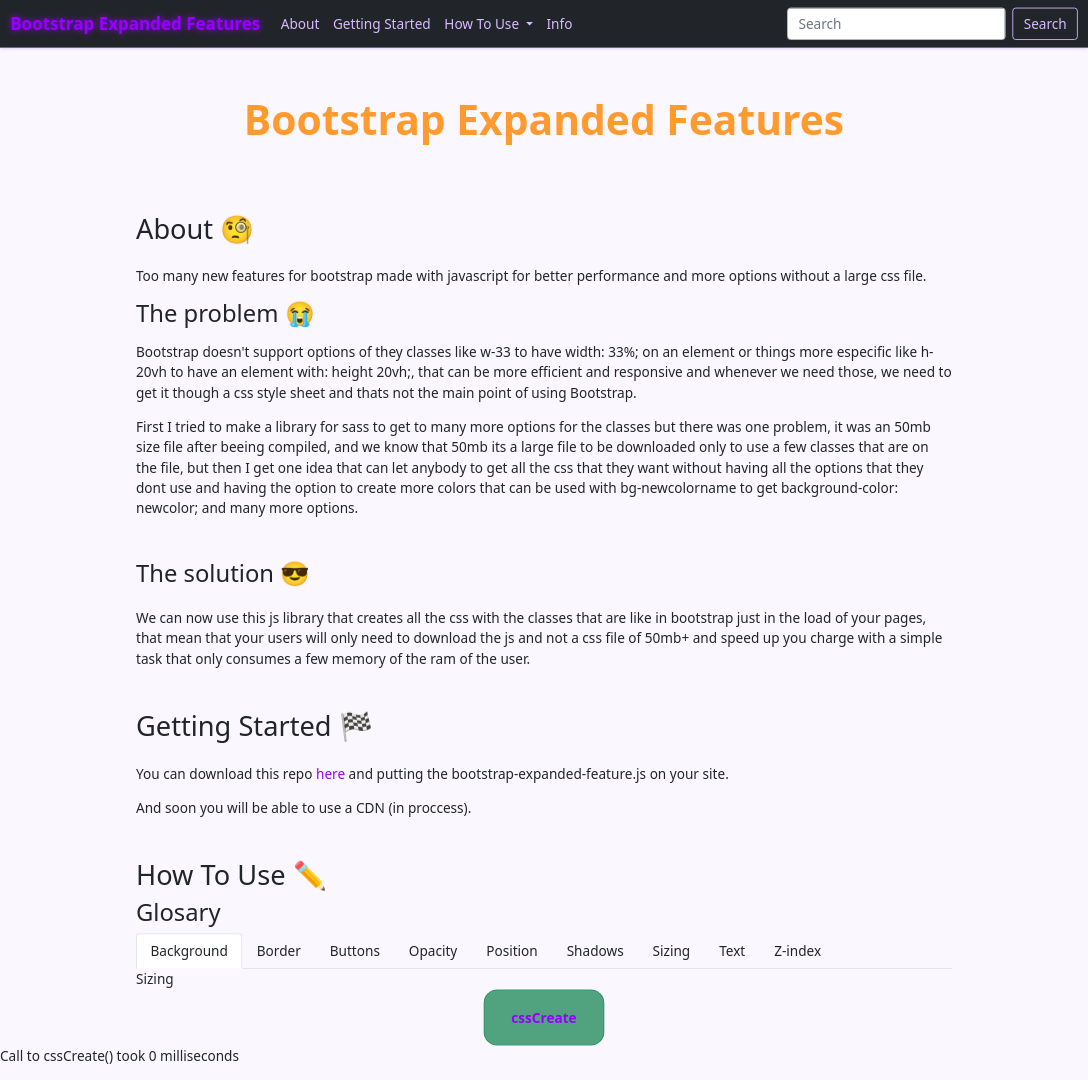
Repository: LynxPardelle/bootstrap-expanded-features
Page: index.html
An editor plug-in stored every save of this project. The page is shown before and after a run of saves, followed by the edit.
The browser window is 1280 px wide. The pictures show the whole page, at 85% of full size.

Above is the page before, as saved 2022-01-02 04:03:51.

### index.html
<!DOCTYPE html>
<html lang="es">
  <head>
    <meta charset="UTF-8" />
    <meta http-equiv="X-UA-Compatible" content="IE=edge" />
    <meta name="viewport" content="width=device-width, initial-scale=1.0" />
    <title>Bootstrap Expanded Features</title>
    <link
      href="https://cdn.jsdelivr.net/npm/bootstrap@5.1.3/dist/css/bootstrap.min.css"
      rel="stylesheet"
      integrity="sha384-1BmE4kWBq78iYhFldvKuhfTAU6auU8tT94WrHftjDbrCEXSU1oBoqyl2QvZ6jIW3"
      crossorigin="anonymous"
    />
    <link rel="stylesheet" href="./style.css" />
  </head>
  <body class="bef bef-bg-futurePop__OPA__0_03">
    <header>
      <nav
        class="
          navbar navbar-expand-lg navbar-dark
          bg-dark
          align-items-center
          bef
          bef-boxShadow-0px__2px__4px__lavender
          position-fixed
          top-0
          w-100
        "
      >
        <div class="container-fluid">
          <a
            class="
              navbar-brand
              bef bef-text-futurePop
              fw-bolder
              bef-textShadow-0px__0px__8px__futurePop
            "
            href="#"
            >Bootstrap Expanded Features</a
          >
          <button
            class="navbar-toggler"
            type="button"
            data-bs-toggle="collapse"
            data-bs-target="#navbarSupportedContent"
            aria-controls="navbarSupportedContent"
            aria-expanded="false"
            aria-label="Toggle navigation"
          >
            <span class="navbar-toggler-icon"></span>
          </button>
          <div class="collapse navbar-collapse" id="navbarSupportedContent">
            <ul class="navbar-nav me-auto mb-lg-0">
              <li class="nav-item">
                <a class="nav-link bef bef-text-lavender" href="#about"
                  >About</a
                >
              </li>
              <li class="nav-item">
                <a
                  class="nav-link bef bef-text-lavender"
                  href="#getting_started"
                  >Getting Started</a
                >
              </li>
              <li class="nav-item dropdown">
                <a
                  class="nav-link bef bef-text-lavender dropdown-toggle"
                  href="#howToUse"
                  id="navbarDropdown"
                  role="button"
                  data-bs-toggle="dropdown"
                  aria-expanded="false"
                >
                  How To Use
                </a>
                <ul
                  class="dropdown-menu dropdown-menu-dark"
                  aria-labelledby="navbarDropdown"
                >
                  <li>
                    <a class="dropdown-item bef bef-text-lavender" href="#"
                      >Action</a
                    >
                  </li>
                  <li>
                    <a class="dropdown-item bef bef-text-lavender" href="#"
                      >Another action</a
                    >
                  </li>
                  <li><hr class="dropdown-divider" /></li>
                  <li>
                    <a class="dropdown-item bef bef-text-lavender" href="#"
                      >Something else here</a
                    >
                  </li>
                </ul>
              </li>
              <li class="nav-item">
                <a class="nav-link bef bef-text-lavender" href="#Info">Info</a>
              </li>
            </ul>
            <form class="d-flex">
              <input
                id="searchInput"
                class="form-control me-2"
                type="search"
                placeholder="Search"
                aria-label="Search"
              />
              <button class="btn bef bef-btnOutline-lavender">Search</button>
            </form>
          </div>
        </div>
      </nav>

      <h1
        class="
          text-center
          d-block
          bef bef-w-85vw bef-w-md-75vw bef-fs-2rem bef-fs-md-3rem
          bef-m-7rem__auto__5rem
          bef-text-summer
          fw-bolder
        "
      >
        Bootstrap Expanded Features
      </h1>
    </header>

    <div>
      <main class="bef bef-w-85vw bef-wmx-1000px bef-w-md-75vw mx-auto">
        <!-- ABOUT -->
        <section>
          <a id="about"></a>
          <h2>About 🧐</h2>
          <article>
            <p class="mt-4 mb-3 text-start">
              Too many new features for bootstrap made with javascript for
              better performance and more options without a large css file.
            </p>
          </article>
          <!-- THE_PROBLEM -->
          <article>
            <h3>The problem 😭</h3>
            <p class="my-3 text-start">
              Bootstrap doesn't support options of they classes like w-33 to
              have width: 33%; on an element or things more especific like
              h-20vh to have an element with: height 20vh;, that can be more
              efficient and responsive and whenever we need those, we need to
              get it though a css style sheet and thats not the main point of
              using Bootstrap.
            </p>
            <p class="mt-3 mb-5 text-start">
              First I tried to make a library for sass to get to many more
              options for the classes but there was one problem, it was an 50mb
              size file after beeing compiled, and we know that 50mb its a large
              file to be downloaded only to use a few classes that are on the
              file, but then I get one idea that can let anybody to get all the
              css that they want without having all the options that they dont
              use and having the option to create more colors that can be used
              with bg-newcolorname to get background-color: newcolor; and many
              more options.
            </p>
          </article>
          <!-- THE_SOLUTION -->
          <article>
            <h3>The solution 😎</h3>
            <p class="mt-4 mb-5 text-start">
              We can now use this js library that creates all the css with the
              classes that are like in bootstrap just in the load of your pages,
              that mean that your users will only need to download the js and
              not a css file of 50mb+ and speed up you charge with a simple task
              that only consumes a few memory of the ram of the user.
            </p>
          </article>
        </section>
        <!-- GETTING_STARTED -->
        <section>
          <a id="getting_started"></a>
          <h2>Getting Started 🏁</h2>
          <article>
            <p class="mt-4 mb-3 text-start bef bef-link-futurePop">
              You can download this repo
              <a
                class="text-decoration-none"
                href="https://github.com/LynxPardelle/bootstrap-expanded-features.git"
                target="_blank"
                >here</a
              >
              and putting the bootstrap-expanded-feature.js on your site.
            </p>
            <p class="mt-3 mb-5 text-start bef bef-link-futurePop">
              And soon you will be able to use a CDN (in proccess).
            </p>
          </article>
        </section>
        <!-- HOW_TO_USE -->
        <section>
          <a id="howToUse"></a>
          <h2>How To Use ✏️</h2>
          <article>
            <h3>Glosary</h3>
            <nav>
              <div class="nav nav-tabs" id="nav-tab" role="tablist">
                <button
                  class="nav-link active bef bef-text-dark bef-textHover-futurePop"
                  id="nav-background-tab"
                  data-bs-toggle="tab"
                  data-bs-target="#nav-background"
                  type="button"
                  role="tab"
                  aria-controls="nav-background"
                  aria-selected="false"
                >
                  Background
                </button>
                <button
                  class="nav-link bef bef-text-dark bef-textHover-futurePop"
                  id="nav-border-tab"
                  data-bs-toggle="tab"
                  data-bs-target="#nav-border"
                  type="button"
                  role="tab"
                  aria-controls="nav-border"
                  aria-selected="false"
                >
                  Border
                </button>
                <button
                  class="nav-link bef bef-text-dark bef-textHover-futurePop"
                  id="nav-buttons-tab"
                  data-bs-toggle="tab"
                  data-bs-target="#nav-buttons"
                  type="button"
                  role="tab"
                  aria-controls="nav-buttons"
                  aria-selected="false"
                >
                  Buttons
                </button>
                <button
                  class="nav-link bef bef-text-dark bef-textHover-futurePop"
                  id="nav-opacity-tab"
                  data-bs-toggle="tab"
                  data-bs-target="#nav-opacity"
                  type="button"
                  role="tab"
                  aria-controls="nav-opacity"
                  aria-selected="false"
                >
                  Opacity
                </button>
                <button
                  class="nav-link bef bef-text-dark bef-textHover-futurePop"
                  id="nav-position-tab"
                  data-bs-toggle="tab"
                  data-bs-target="#nav-position"
                  type="button"
                  role="tab"
                  aria-controls="nav-position"
                  aria-selected="false"
                >
                  Position
                </button>
                <button
                  class="nav-link bef bef-text-dark bef-textHover-futurePop"
                  id="nav-shadows-tab"
                  data-bs-toggle="tab"
                  data-bs-target="#nav-shadows"
                  type="button"
                  role="tab"
                  aria-controls="nav-shadows"
                  aria-selected="false"
                >
                  Shadows
                </button>
                <button
                  class="nav-link bef bef-text-dark bef-textHover-futurePop"
                  id="nav-sizing-tab"
                  data-bs-toggle="tab"
                  data-bs-target="#nav-sizing"
                  type="button"
                  role="tab"
                  aria-controls="nav-sizing"
                  aria-selected="true"
                >
                  Sizing
                </button>
                <button
                  class="nav-link bef bef-text-dark bef-textHover-futurePop"
                  id="nav-text-tab"
                  data-bs-toggle="tab"
                  data-bs-target="#nav-text"
                  type="button"
                  role="tab"
                  aria-controls="nav-text"
                  aria-selected="false"
                >
                  Text
                </button>
                <button
                  class="nav-link bef bef-text-dark bef-textHover-futurePop"
                  id="nav-z-index-tab"
                  data-bs-toggle="tab"
                  data-bs-target="#nav-z-index"
                  type="button"
                  role="tab"
                  aria-controls="nav-z-index"
                  aria-selected="false"
                >
                  Z-index
                </button>
              </div>
            </nav>
            <div class="tab-content" id="nav-tabContent">
              <div
                class="tab-pane fade"
                id="nav-background"
                role="tabpanel"
                aria-labelledby="nav-background-tab"
              >
                Background
              </div>
              <div
                class="tab-pane fade"
                id="nav-border"
                role="tabpanel"
                aria-labelledby="nav-border-tab"
              >
                Border
              </div>
              <div
                class="tab-pane fade"
                id="nav-buttons"
                role="tabpanel"
                aria-labelledby="nav-buttons-tab"
              >
                Buttons
              </div>
              <div
                class="tab-pane fade"
                id="nav-opacity"
                role="tabpanel"
                aria-labelledby="nav-opacity-tab"
              >
                Opacity
              </div>
              <div
                class="tab-pane fade"
                id="nav-position"
                role="tabpanel"
                aria-labelledby="nav-position-tab"
              >
                Position
              </div>
              <div
                class="tab-pane fade"
                id="nav-shadows"
                role="tabpanel"
                aria-labelledby="nav-shadows-tab"
              >
                Shadows
              </div>
              <div
                class="tab-pane fade show active"
                id="nav-sizing"
                role="tabpanel"
                aria-labelledby="nav-sizing-tab"
              >
                Sizing
              </div>
              <div
                class="tab-pane fade"
                id="nav-text"
                role="tabpanel"
                aria-labelledby="nav-text-tab"
              >
                Text
              </div>
              <div
                class="tab-pane fade"
                id="nav-z-index"
                role="tabpanel"
                aria-labelledby="nav-z-index-tab"
              >
                Z-Index
              </div>
            </div>
          </article>
        </section>
      </main>
      <aside></aside>
    </div>

    <footer>
      <a id="#info"></a>
      <button
        class="
          btn
          bef
          bef-btn-success__OPA__0_75
          bef-text-futurePop
          fw-bold
          d-block
          mx-auto
          bef-p-1_25rem__2rem
          bef-rounded-1rem
        "
        onclick="cssCreate()"
      >
        cssCreate
      </button>

      <div id="befTimer"></div>
    </footer>

    <!--
Classes:
w width
h height
wmx max-width
hmx max-height
wmn min-width
hmn min-height
rounded border-radius
z z-index
opacity opacity
top top
bottom bottom
end left
start right
fs font-size
lh line-height
gap gap
p padding
m margin
border border-width
borderStyle border-style

bg background-color
text color
link a color
borderColor border-color
btn background-color border-color box-shadow
btnOutline border-color box-shadow
boxShadow box-shadow
textShadow text-shadow

Sides:
s left
e right
t top
b bottom
x left & right
y top & bottom

BreakPoints:
sm 576
md 768
lg 992
xl 1200
xxl 1400
-->
    <script
      src="https://cdn.jsdelivr.net/npm/bootstrap@5.1.3/dist/js/bootstrap.bundle.min.js"
      integrity="sha384-ka7Sk0Gln4gmtz2MlQnikT1wXgYsOg+OMhuP+IlRH9sENBO0LRn5q+8nbTov4+1p"
      crossorigin="anonymous"
    ></script>
    <script>
      var colors = {
        monster: "#00AA00",
        futurePop: "#9700FF",
      };
    </script>
    <script src="./bootstrap-expanded-features.js"></script>
  </body>
</html>

Loaded but not shown: bootstrap-expanded-features.js (library); style.css (no stored copy; drawn as an empty file)

After the next 2 saves:
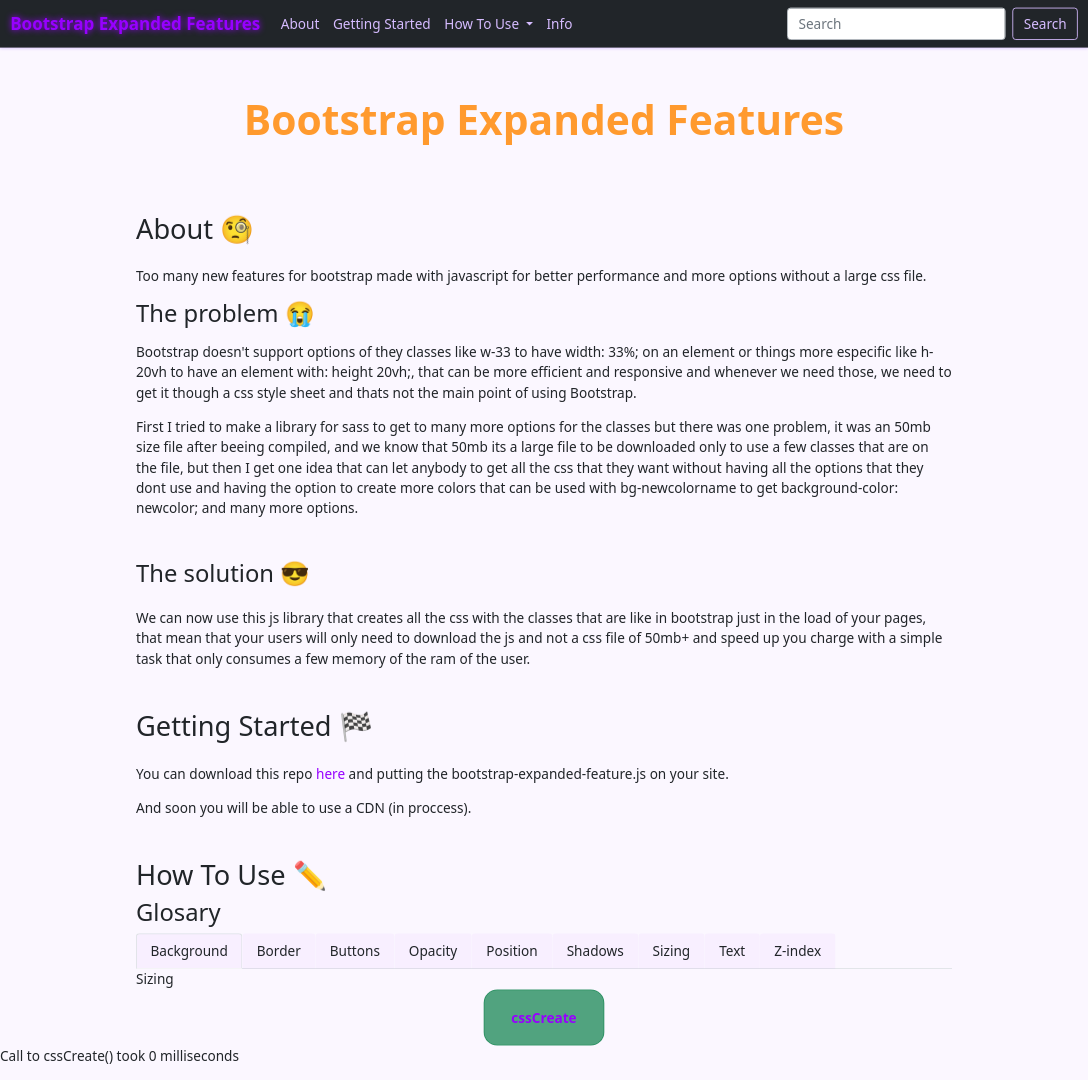
The 2 saves are shown as one change because they came seconds apart.
The last was saved 118 s later.
--- a/index.html
+++ b/index.html
@@ -204,7 +204,12 @@
             <nav>
               <div class="nav nav-tabs" id="nav-tab" role="tablist">
                 <button
-                  class="nav-link active bef bef-text-dark bef-textHover-futurePop"
+                  class="
+                    nav-link
+                    active
+                    bef bef-text-dark bef-textHover-lavender
+                    bef-bg-futurePop__OPA__0_03
+                  "
                   id="nav-background-tab"
                   data-bs-toggle="tab"
                   data-bs-target="#nav-background"
@@ -216,7 +221,11 @@
                   Background
                 </button>
                 <button
-                  class="nav-link bef bef-text-dark bef-textHover-futurePop"
+                  class="
+                    nav-link
+                    bef bef-text-dark bef-textHover-lavender
+                    bef-bg-futurePop__OPA__0_03
+                  "
                   id="nav-border-tab"
                   data-bs-toggle="tab"
                   data-bs-target="#nav-border"
@@ -228,7 +237,11 @@
                   Border
                 </button>
                 <button
-                  class="nav-link bef bef-text-dark bef-textHover-futurePop"
+                  class="
+                    nav-link
+                    bef bef-text-dark bef-textHover-lavender
+                    bef-bg-futurePop__OPA__0_03
+                  "
                   id="nav-buttons-tab"
                   data-bs-toggle="tab"
                   data-bs-target="#nav-buttons"
@@ -240,7 +253,11 @@
                   Buttons
                 </button>
                 <button
-                  class="nav-link bef bef-text-dark bef-textHover-futurePop"
+                  class="
+                    nav-link
+                    bef bef-text-dark bef-textHover-lavender
+                    bef-bg-futurePop__OPA__0_03
+                  "
                   id="nav-opacity-tab"
                   data-bs-toggle="tab"
                   data-bs-target="#nav-opacity"
@@ -252,7 +269,11 @@
                   Opacity
                 </button>
                 <button
-                  class="nav-link bef bef-text-dark bef-textHover-futurePop"
+                  class="
+                    nav-link
+                    bef bef-text-dark bef-textHover-lavender
+                    bef-bg-futurePop__OPA__0_03
+                  "
                   id="nav-position-tab"
                   data-bs-toggle="tab"
                   data-bs-target="#nav-position"
@@ -264,7 +285,11 @@
                   Position
                 </button>
                 <button
-                  class="nav-link bef bef-text-dark bef-textHover-futurePop"
+                  class="
+                    nav-link
+                    bef bef-text-dark bef-textHover-lavender
+                    bef-bg-futurePop__OPA__0_03
+                  "
                   id="nav-shadows-tab"
                   data-bs-toggle="tab"
                   data-bs-target="#nav-shadows"
@@ -276,7 +301,11 @@
                   Shadows
                 </button>
                 <button
-                  class="nav-link bef bef-text-dark bef-textHover-futurePop"
+                  class="
+                    nav-link
+                    bef bef-text-dark bef-textHover-lavender
+                    bef-bg-futurePop__OPA__0_03
+                  "
                   id="nav-sizing-tab"
                   data-bs-toggle="tab"
                   data-bs-target="#nav-sizing"
@@ -288,7 +317,11 @@
                   Sizing
                 </button>
                 <button
-                  class="nav-link bef bef-text-dark bef-textHover-futurePop"
+                  class="
+                    nav-link
+                    bef bef-text-dark bef-textHover-lavender
+                    bef-bg-futurePop__OPA__0_03
+                  "
                   id="nav-text-tab"
                   data-bs-toggle="tab"
                   data-bs-target="#nav-text"
@@ -300,7 +333,11 @@
                   Text
                 </button>
                 <button
-                  class="nav-link bef bef-text-dark bef-textHover-futurePop"
+                  class="
+                    nav-link
+                    bef bef-text-dark bef-textHover-lavender
+                    bef-bg-futurePop__OPA__0_03
+                  "
                   id="nav-z-index-tab"
                   data-bs-toggle="tab"
                   data-bs-target="#nav-z-index"
